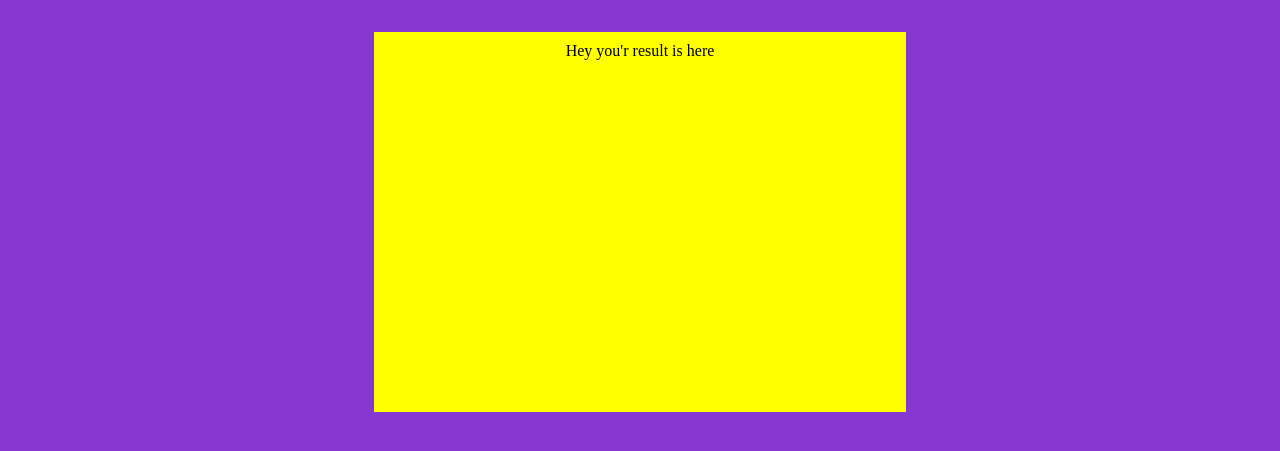
Repository: patelamancode/Lucky-Birthday-App
Page: index.html
An editor plug-in stored every save of this project. The page is shown before and after the next save, followed by the edit.
The browser window is 1280 px wide. The pictures show the whole page.
Empty fields were first filled with sample values (such as "Sample", 5 or name@example.com).
After loading, the first visible `#check-btn` was clicked once.

Above is the page before, as saved 2022-11-21 21:08:43.

### index.html
<!DOCTYPE html>
<html lang="en">
<head>
    <meta charset="UTF-8">
    <meta http-equiv="X-UA-Compatible" content="IE=edge">
    <meta name="viewport" content="width=device-width, initial-scale=1.0">
    <link rel="stylesheet" href="index.css">
    <title>Is your birthday lucky</title>
</head>
<body>
    <div id="main-container">
        <h1 class="app-title">Is Your Birthday Lucky? 🤷‍♂️</h1>
        <label for="date-of-birth" class="dob">Date Of Birth :</label>
        <input type="date" class="selected-dob">
        <label for="lucky-number" class="favourite-number">Choose Your Lucky Number :</label>
        <input type="number" class="user-number">
        <button id="check-btn">Check Number</button>
    </div>
    <div id="graphic-container">
        <p id="final-result">Hey you'r result is here</p>
    </div>
    <script src="index.js"></script>
</body>
</html>

### index.css
*{
    margin: 0;
    padding: 0;
}
 body{
    background-color: rgb(134, 55, 207);
 }

 #main-container {
    display: flex;
    flex-direction: column;
    width: 40vw;
    margin: auto;
    margin-top: 2rem;
    padding: 10px;
    text-align: center;
 }

 .app-title{
    margin: 2rem 0;
 }
 label{
    width: auto;
    text-align: left;
    margin-top: 2rem;
    margin-bottom: 0.5rem;
 }
 /* input{
    -webkit-appearance: none;
    box-shadow: none !important;
 } */
 button{
    margin: auto;
    margin-top: 2.5rem;
    width: 30%;
    padding: 3px;
    font-size: 1rem;
    font-weight: 500;
    border: 1px solid;
    background-color: rgb(177, 110, 240);
    border-radius: 10px;
 }


 #graphic-container{
    display: none;
    flex-direction: column;
    width: 40vw;
    height: 50vh;
    margin: auto;
    margin-top: 2rem;
    padding: 10px;
    text-align: center;
    background-color: yellow;
 }

### index.js
// console.log("hey Aman js in there");

const checkButton = document.querySelector('#check-btn');
const appContent = document.querySelector('#main-container');
const userBirthDate = document.querySelector('.selected-dob').value;
const userSecretNumber = document.querySelector('.user-number');
const graphicDisplay = document.querySelector('#graphic-container');


console.log(userBirthDate);

function showResult(){
    graphicDisplay.style.display = "flex";
    console.log("hey you called");
}


function hideContent(){
    appContent.style.display = "none";
}


checkButton.addEventListener('click' , function showGraphic(){
    hideContent();
    showResult();

});

After the next save:
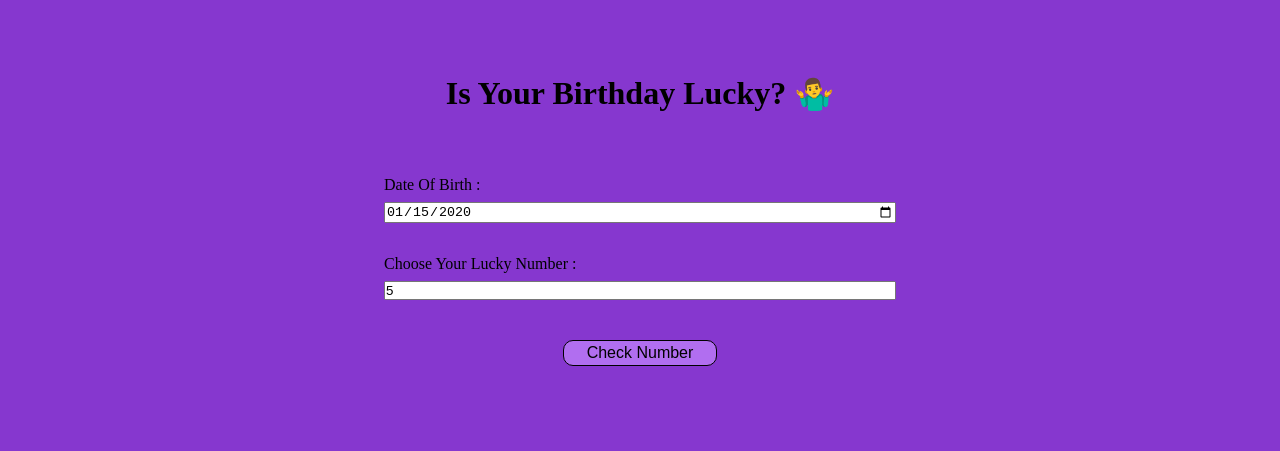
Saved 3 h 9 min later.
--- a/index.js
+++ b/index.js
@@ -1,27 +1,24 @@
-// console.log("hey Aman js in there");
-
 const checkButton = document.querySelector('#check-btn');
 const appContent = document.querySelector('#main-container');
-const userBirthDate = document.querySelector('.selected-dob').value;
+const userBirthDate = document.querySelector('.selected-dob');
 const userSecretNumber = document.querySelector('.user-number');
 const graphicDisplay = document.querySelector('#graphic-container');
 
 
 console.log(userBirthDate);
 
-function showResult(){
+function showResult() {
     graphicDisplay.style.display = "flex";
     console.log("hey you called");
 }
 
 
-function hideContent(){
+function hideContent() {
     appContent.style.display = "none";
 }
 
 
-checkButton.addEventListener('click' , function showGraphic(){
-    hideContent();
-    showResult();
+checkButton.addEventListener('click', function showGraphic() {
+    console.log(userBirthDate.value);
 
 });
